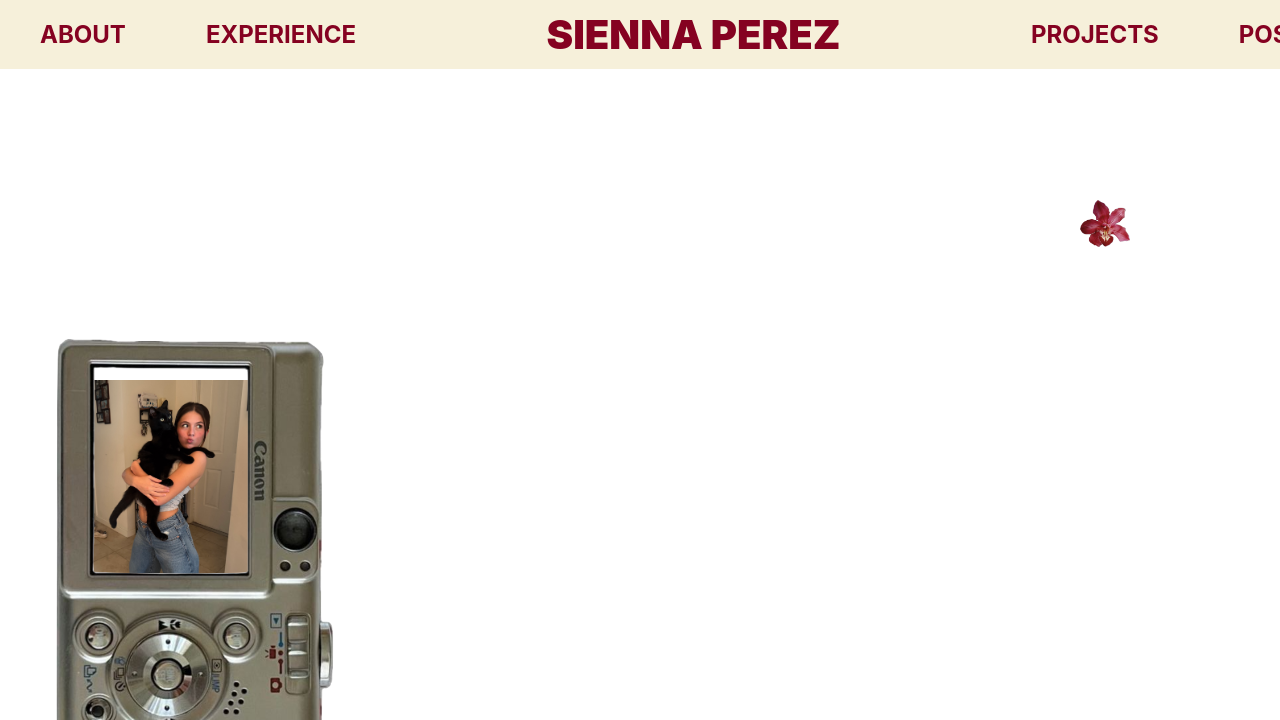
Repository: siennaperez/siennaperezweb
Page: /experience
The author's editor kept a copy of each file at every save. The page is drawn from the files as they stood at one save, then again after the next save.
The browser window is 1280 px wide. The pictures show the whole page.
The project was rebuilt for these pictures with package versions that can differ from the ones it lists, and the page was loaded fresh each time. Also part of the build but not shown: src/pages/About.css, src/pages/About.js, src/pages/Experience.css, src/pages/Experience.js.

Above is the page before, as saved 2025-09-24 12:50:24.

### src/App.js
import './App.css';
import ReactDOM from "react-dom/client";
import { HashRouter, Routes, Route, Link } from "react-router-dom";
import Navbar from "./components/Navbar";
import Home from "./pages/Home";
import About from "./pages/About";
import Experience from "./pages/Experience";


function App() {
  return (
    <HashRouter>
      <Navbar />
      <Routes>
        <Route path="/" element={<Home />} />
        <Route path="/about" element={<About />} />
        <Route path="/experience" element={<Experience />} />

      </Routes>
    </HashRouter>
  );
}

export default App;

### src/App.css
.App {
  text-align: center;
}

.App-logo {
  height: 40vmin;
  pointer-events: none;
}

@media (prefers-reduced-motion: no-preference) {
  .App-logo {
    animation: App-logo-spin infinite 20s linear;
  }
}

.App-header {
  background-color: #FFFCEF;
  min-height: 100vh;
  display: flex;
  flex-direction: column;
  align-items: center;
  justify-content: center;
  font-size: calc(10px + 2vmin);
  color: white;
}

.App-link {
  color: #61dafb;
}

@keyframes App-logo-spin {
  from {
    transform: rotate(0deg);
  }
  to {
    transform: rotate(360deg);
  }
}

### src/components/Navbar.js
import "./Navbar.css";
import { NavLink } from "react-router-dom";

const Navbar = () => {
  return (
    <nav className="navbar">
      <ul className="nav-list">
        <div className="nav-left">
          <li className="nav-item">
            <NavLink to="/about">ABOUT</NavLink>
          </li>
          <li className="nav-item">
            <NavLink to="/experience">EXPERIENCE</NavLink>
          </li>
        </div>

        <div className="nav-center">
          <li className="nav-item">
            <NavLink to="/">SIENNA PEREZ</NavLink>
          </li>
        </div>

        <div className="nav-right">
          <li className="nav-item">
            <NavLink to="/projects">PROJECTS</NavLink>
          </li>
          <li className="nav-item">
            <NavLink to="/posts">POSTS</NavLink>
          </li>
        </div>
      </ul>
    </nav>
  );
};

export default Navbar;

### src/pages/Home.js
import cam from '../media/cam.png';
import orchid from '../media/orchid.png';
import redpatches from '../media/red-patches.png';
import toops from '../media/sienna_toopy.jpg';

import about from '../pages/About.js'

import "./Home.css";



function Home() {
  return (
    <div className="App">
        <img src={toops} alt="toops" className="toops-img"/>;
        <img src={cam} alt="cam" className="cam-img"/>;
        <img src={orchid} alt="orchid" className="orchid-img"/>;
        <img src={redpatches} alt="redpatches" className="redpatches-img"/>;

        < about />
    </div>

  );
}

export default Home;

### src/components/Navbar.css
.navbar {
  background-color: #F6F0DA;
  padding: 10px 40px;
  position: fixed;
  width: 100%;
  top: 0;
  z-index: 100;
}

.nav-list {
  display: flex;
  justify-content: space-between;
  align-items: center;
  list-style: none;
  margin: 0;
  padding: 0;
  font-weight: bold;
  font-size: 24px;
  color: #850221;
}

.nav-left,
.nav-right {
  display: flex;
  gap: 80px;
}

.nav-center {
  font-size: 40px;
  font-weight: 900;
}

.nav-item a {
  text-decoration: none;
  color: #850221;
}

### src/pages/Home.css


html, body {
  margin: 0;
  padding: 0;
  overflow: hidden;
  width: 100%;
  height: 100%;
}
#root {
  width: 100%;
  height: 100%;
  position: relative;
}

.App{
    position: relative;
}

.toops-img {
  width: 170px;
  height: auto;
  top: 380px;
  left: 80px;
  position: fixed
}

.cam-img {
  position: fixed;
  top: 150px;
  left: -50px;
  width: 450px;
  transform: rotate(90deg);
}

.orchid-img {
  position: absolute;
  top: 200px;
  right: 150px;
  width: 50px;
}

.redpatches-img {
  position: absolute;
  bottom: 50px;
  left: 50%;
  width: 10px;
  size-adjust: 1000%;
  size-adjust: 10px;
}

Loaded but not shown: public/index.html (common file); src/index.js (common file); src/index.css (common file); src/reportWebVitals.js (common file)

After the next save:
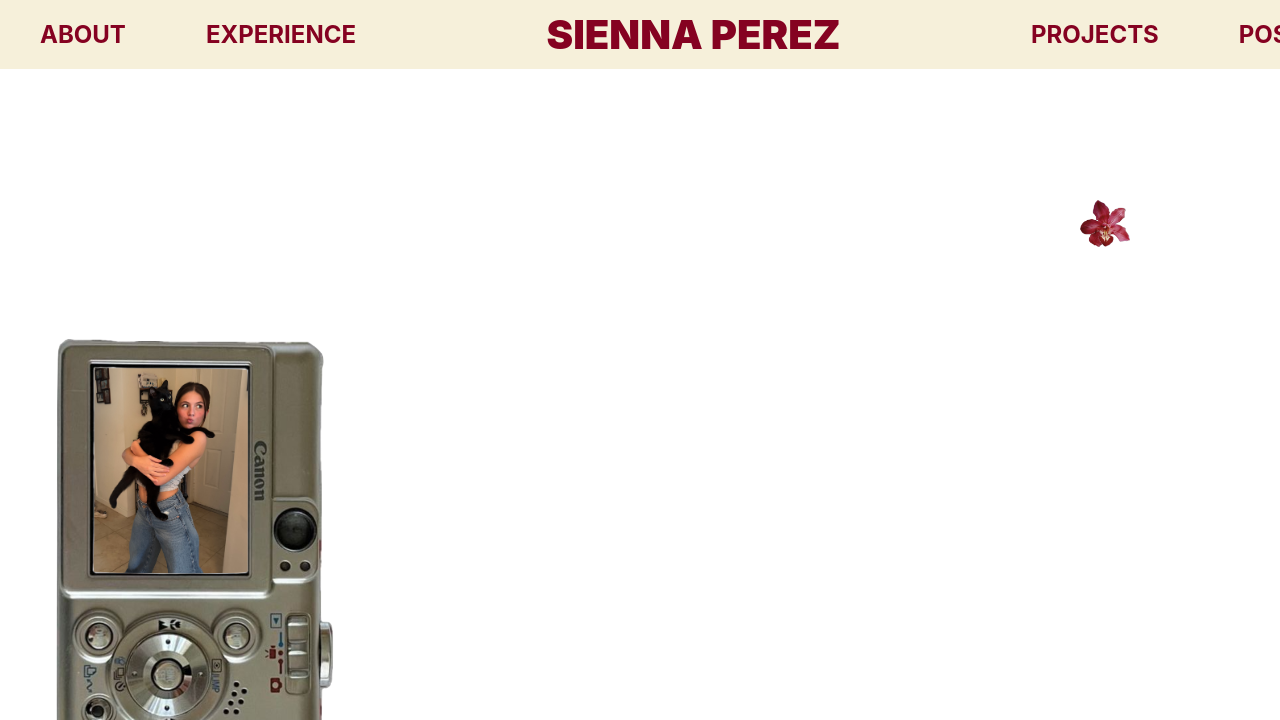
Saved 4 s later.
--- a/src/pages/Home.css
+++ b/src/pages/Home.css
@@ -20,7 +20,7 @@
 .toops-img {
   width: 170px;
   height: auto;
-  top: 380px;
+  top: 360px;
   left: 80px;
   position: fixed
 }
